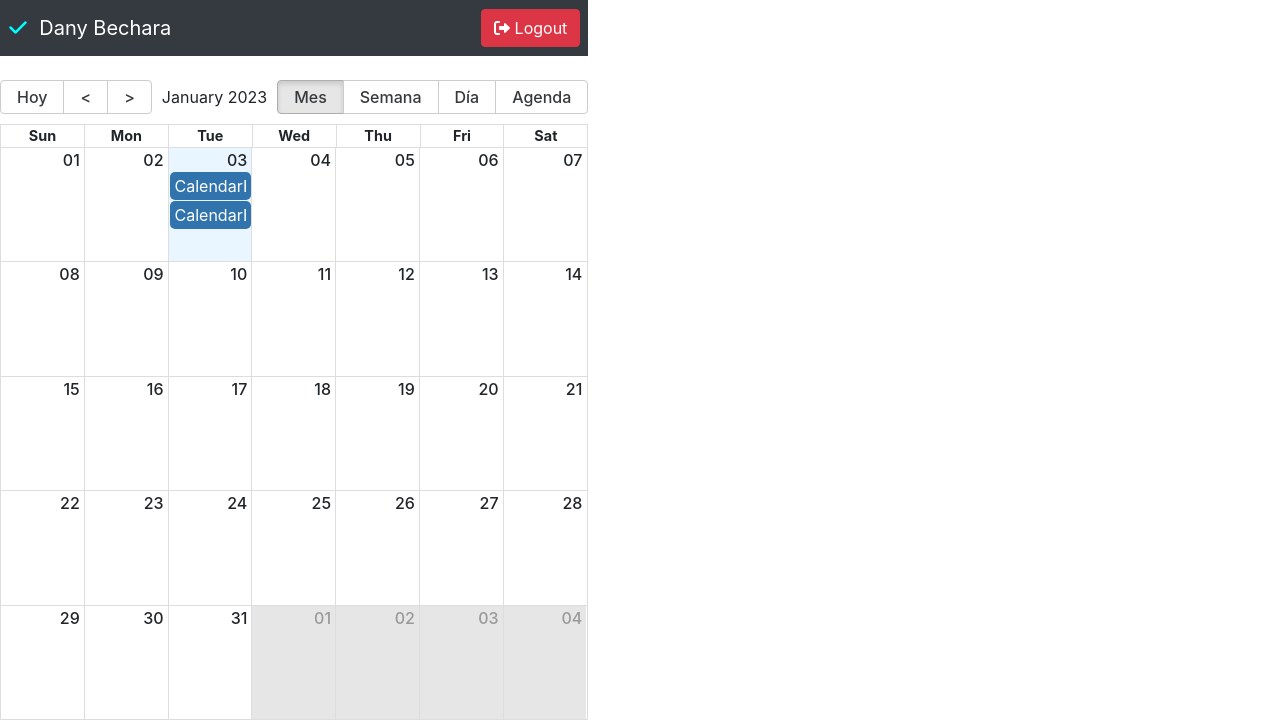
Repository: bechara611/calendar-frontend
Page: /
The author's editor kept a copy of each file at every save. The page is drawn from the files as they stood at one save, then again after the next save.
The browser window is 1280 px wide. The pictures show the whole page.
The project was rebuilt for these pictures with package versions that can differ from the ones it lists, and the page was loaded fresh each time. Also part of the build but not shown: vite.config.js. Imported but missing from the stored project, and not drawn on this page: src/auth.

Above is the page before, as saved 2023-01-04 16:10:56.

### index.html
<!DOCTYPE html>
<html lang="en">
  <head>
    <meta charset="UTF-8" />
    <link rel="icon" type="image/svg+xml" href="/vite.svg" />
    <meta name="viewport" content="width=device-width, initial-scale=1.0" />
    <title>CalendarDB</title>
    <link rel="stylesheet" href="https://cdn.jsdelivr.net/npm/bootstrap@4.5.3/dist/css/bootstrap.min.css" integrity="sha384-TX8t27EcRE3e/ihU7zmQxVncDAy5uIKz4rEkgIXeMed4M0jlfIDPvg6uqKI2xXr2" crossorigin="anonymous">
    <link rel="stylesheet" href="https://cdnjs.cloudflare.com/ajax/libs/font-awesome/6.2.1/css/all.min.css" integrity="sha512-MV7K8+y+gLIBoVD59lQIYicR65iaqukzvf/nwasF0nqhPay5w/9lJmVM2hMDcnK1OnMGCdVK+iQrJ7lzPJQd1w==" crossorigin="anonymous" referrerpolicy="no-referrer" />
  </head>
  <body>
    <div id="root"></div>
    <script type="module" src="/src/main.jsx"></script>
  </body>
</html>

### src/main.jsx
import React from 'react'
import ReactDOM from 'react-dom/client'
import { BrowserRouter } from 'react-router-dom'
import { CalendarApp } from './CalendarApp'
import './styles.css'

ReactDOM.createRoot(document.getElementById('root')).render(


    <BrowserRouter>
      <CalendarApp />
    </BrowserRouter>

)

### src/CalendarApp.jsx
import React from 'react'
import { AppRouter } from './router/AppRouter'

export const CalendarApp = () => {
  return (
   <AppRouter></AppRouter>
  )
}

### src/router/AppRouter.jsx
import React from 'react'
import { Navigate, Route, Routes } from 'react-router-dom'
import { LoginPages } from '../auth/'
import { CalendarPages } from '../calendar/'


export const AppRouter = () => {
 // const authStatus = 'not-authenticated'
  const authStatus = 'authenticated'
  return (
    <Routes>
      {
        (authStatus === 'not-authenticated'
          ? <Route path='/auth/*' element={<LoginPages></LoginPages>}></Route>
          : <Route path='/*' element={<CalendarPages></CalendarPages>}></Route>
        )
      }
      <Route path='/*' element={<Navigate to={'/auth/login'}></Navigate>}></Route>

    </Routes>
  )
}

### src/calendar/index.js
export * from './pages/CalendarPages'
export * from './components/NavBar'

### src/calendar/pages/CalendarPages.jsx
import { addHours } from 'date-fns'

import 'react-big-calendar/lib/css/react-big-calendar.css'
import React from 'react'
import { Calendar } from 'react-big-calendar'
import { NavBar } from '../components/NavBar'
import { localizer } from '../../helpers/'
import { getMessages } from '../../helpers/Messages'
import { CalendarEvent } from '../components/CalendarEvent'




const events = [{
  title: 'Cumple de dany',
  notes: 'Torta para Dany',
  start: new Date(),
  end: addHours(new Date(), 1),
  bgColor: '#fafafa',
  user: {
    id:'123',
    user:'Dany Bechara'
  }
}, {
  title: 'Cumple de dany2',
  notes: 'Torta para Dany2',
  start: new Date(),
  end: addHours(new Date(), 2),
  bgColor: '#fafafa',
  user: {
    id:'123',
    user:'Dany Bechara'
  }
}]

const eventStyleGetter = (event, start, end, isSelected) => {


  const style = {
    backgroundColor: '#347CF7',
    borderRadius: '0px',
    opacity: 0.8,
    color: 'white'
  }


  if(isSelected){
    return {  style }

  }




}

export const CalendarPages = () => {

  return (
    <>
      <NavBar></NavBar>
      <Calendar
        localizer={localizer}
        events={events}
        startAccessor="start"
        endAccessor="end"
        messages={getMessages()}
        style={{ height: 'calc( 100vh - 80px )' }}
        eventPropGetter={eventStyleGetter}
        components={{
          event:CalendarEvent
        }}
      />
    </>

  )
}

### src/calendar/components/NavBar.jsx
import React from 'react'
import './NavBar.css'
export const NavBar = () => {
  return (
    <div className="navbar navbar-dark bg-dark mb-4 px-2">
    <span className='navbar-brand'>

    <i className="fa-sharp fa-solid fa-check icono"></i>

    &nbsp;
    Dany Bechara
    </span>
    <button className='btn btn-danger '>
    <i className="fa-solid fa-right-from-bracket"></i>

    <span> Logout</span>
    </button>
    </div>
  )
}

### src/helpers/index.js
export * from './CalendarLocalizer'

### src/helpers/Messages.js
export const getMessages =()=>{
    return {
        allDay: 'Todo el día',
        previous: '<',
        next: '>',
        today: 'Hoy',
        month: 'Mes',
        week: 'Semana',
        day: 'Día',
        agenda: 'Agenda',
        date: 'Fecha',
        time: 'Hora',
        event: 'Evento',
        noEventsInRange: 'No hay eventos en este rango',
        showMore: total => `+ Ver más (${total})`
    };
}

### src/calendar/components/CalendarEvent.jsx
import React from 'react'

export const CalendarEvent = (props) => {
    console.log(props)
  return (
    <div>CalendarEvent</div>
  )
}

### src/calendar/components/NavBar.css
.icono{
color: aqua;
}

### src/helpers/CalendarLocalizer.js
import {format,parse,startOfWeek,getDay} from 'date-fns'
import enUS from 'date-fns/locale/en-US'
import { dateFnsLocalizer } from 'react-big-calendar'

const locales = {
    'en-US': enUS,
  }

 export const localizer = dateFnsLocalizer({
    format,
    parse,
    startOfWeek,
    getDay,
    locales,
  })

Loaded but not shown: src/styles.css (common file)

After the next save:
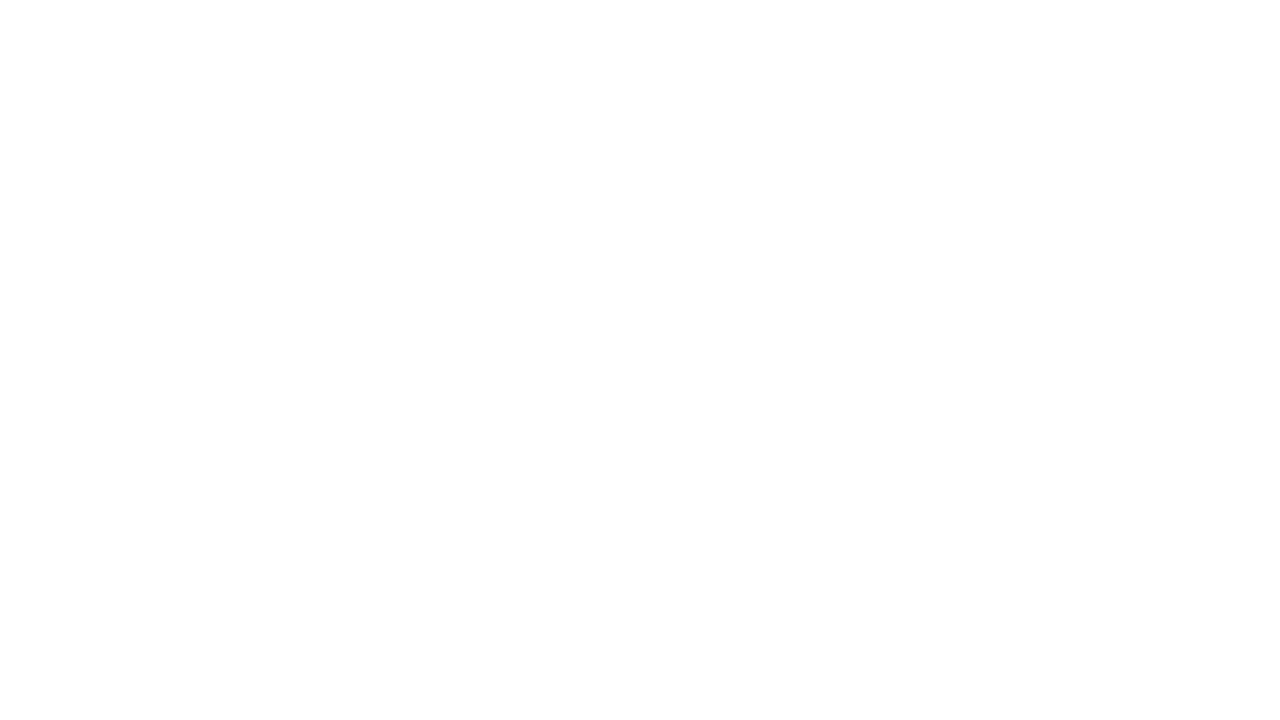
Console error: ReferenceError: props is not defined
Saved 3 min 30 s later.
--- a/src/calendar/components/CalendarEvent.jsx
+++ b/src/calendar/components/CalendarEvent.jsx
@@ -1,8 +1,12 @@
 import React from 'react'
 
-export const CalendarEvent = (props) => {
+export const CalendarEvent = ({event}) => {
+
+    const {title,user} = event
     console.log(props)
   return (
-    <div>CalendarEvent</div>
-  )
+<>
+<strong>{title}</strong>
+<span>{user.name}</span>
+</>  )
 }

After the 2 saves that followed:
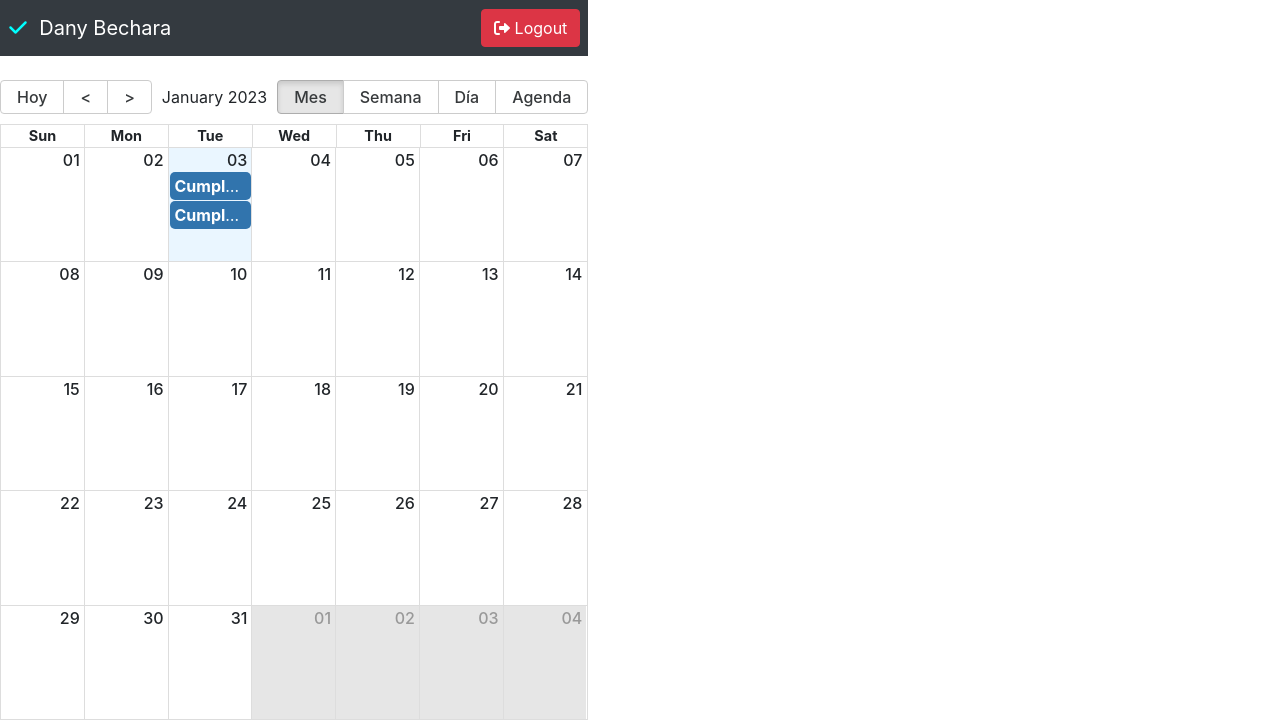
The error is gone.
The 2 saves are shown as one change because 1 left the picture as it was.
The last was saved 28 s later.
--- a/src/calendar/pages/CalendarPages.jsx
+++ b/src/calendar/pages/CalendarPages.jsx
@@ -29,7 +29,7 @@ const events = [{
   bgColor: '#fafafa',
   user: {
     id:'123',
-    user:'Dany Bechara'
+    name:'Dany Bechara'
   }
 }]
 
--- a/src/calendar/components/CalendarEvent.jsx
+++ b/src/calendar/components/CalendarEvent.jsx
@@ -3,7 +3,6 @@
 export const CalendarEvent = ({event}) => {
 
     const {title,user} = event
-    console.log(props)
   return (
 <>
 <strong>{title}</strong>
